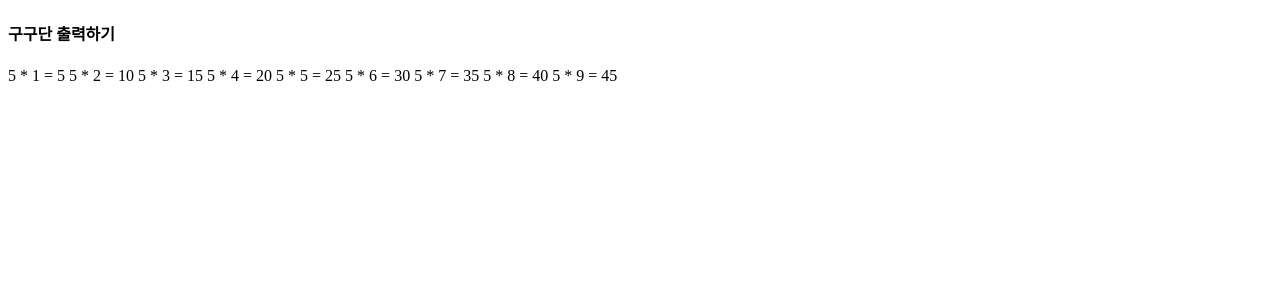
Repository: suinautant/learnCode
Page: http://localhost/JSPBook/ch04/useBean.jsp
These files come from the project's save history. The page is drawn as it stood at one moment and after a run of saves; the edit follows.
The browser window is 1280 px wide. The pictures show the whole page.
The page is served by Tomcat 9.

Above is the page before, as saved 2021-07-01 00:23:49.

After the next 2 saves:
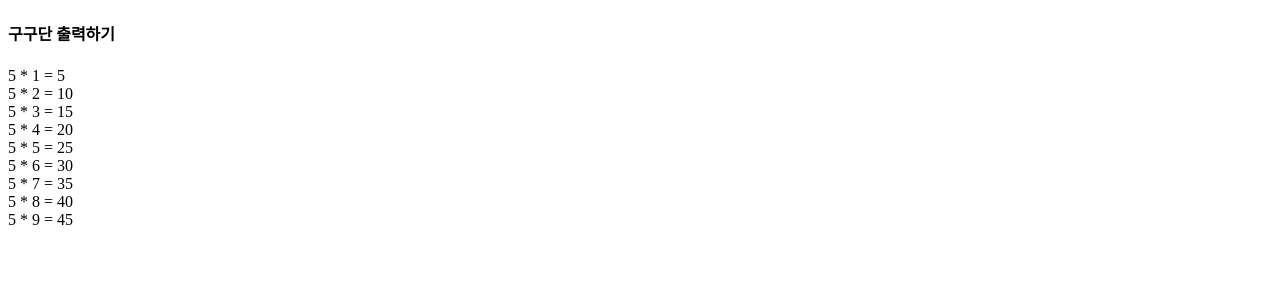
The 2 saves are shown as one change because they came seconds apart.
The last was saved 20 s later.
--- a/jsp/JSPBook/WebContent/ch04/useBean.jsp
+++ b/jsp/JSPBook/WebContent/ch04/useBean.jsp
@@ -13,7 +13,7 @@
 	<%
 		int dan = 5;
 	for (int i = 1; i < 10; i++) {
-		out.println(dan + " * " + i + " = " + gugudan.process(dan, i));
+		out.println(dan + " * " + i + " = " + gugudan.process(dan, i) + "<br />");
 	}
 	%>
 
